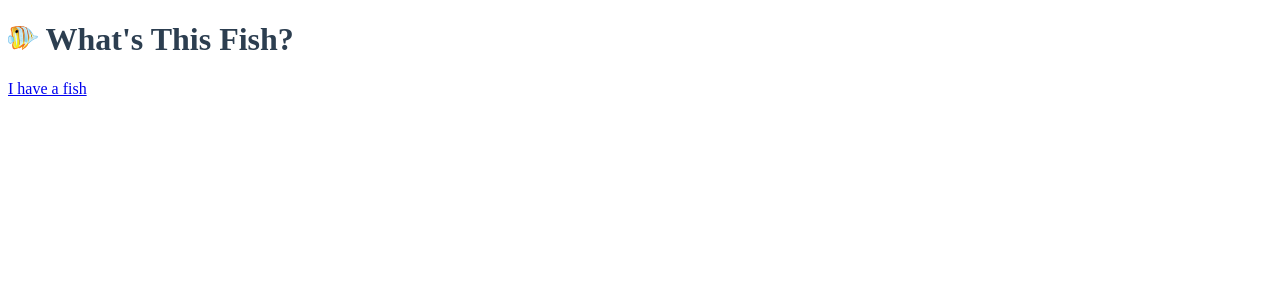
Repository: ulyfm/whatsthis.fish
Page: FishServer/externalpages/index.html
These files come from the project's save history. The page is drawn as it stood at one moment and after the next save; the edit follows.
The browser window is 1280 px wide. The pictures show the whole page.
Some web fonts or font styles are not loaded; a fallback is used.

Above is the page before, as saved 2017-01-04 18:01:12.

After the next save:
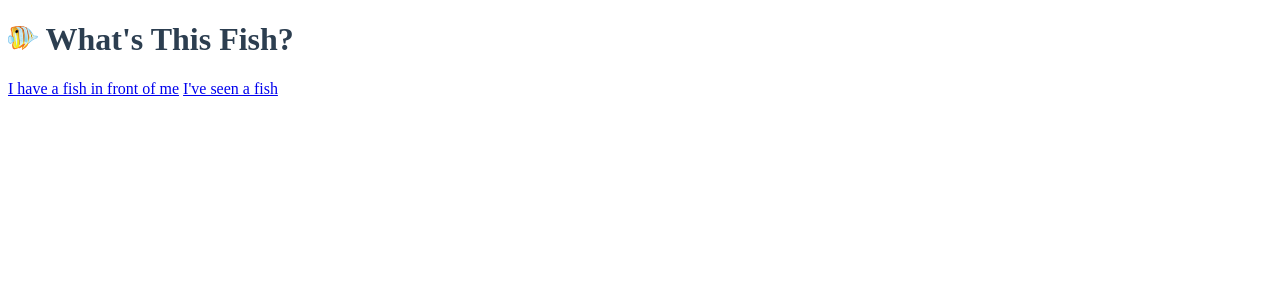
Saved 26 s later.
--- a/FishServer/externalpages/index.html
+++ b/FishServer/externalpages/index.html
@@ -8,6 +8,7 @@
 	</head>
 	<body>
 		<h1><img src='drivingthattrainhighoncocaine.svg' id='logo'>  What's This Fish?</h1>
-		<a href='/havefish.html'>I have a fish</a>
+		<a href='/havefish.html'>I have a fish in front of me</a>
+		<a href='/havefish.html'>I've seen a fish</a>
 	</body>
 </html>
